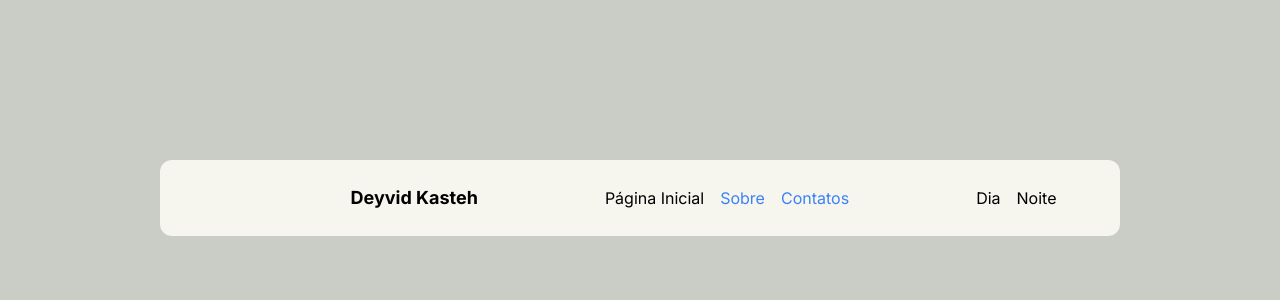
Repository: Deyvid-Kasteh/kasteh_portfolio
Page: /
These files come from the project's save history. The page is drawn as it stood at one moment and after a run of saves; the edit follows.
The browser window is 1280 px wide. The pictures show the whole page.
The project was rebuilt for these pictures with package versions that can differ from the ones it lists, and the page was loaded fresh each time. The framework's server and built-in components were replaced by stand-ins that run in the browser. Also part of the build but not shown: next.config.mjs.

Above is the page before, as saved 2024-03-24 02:53:08.

After the next 2 saves:
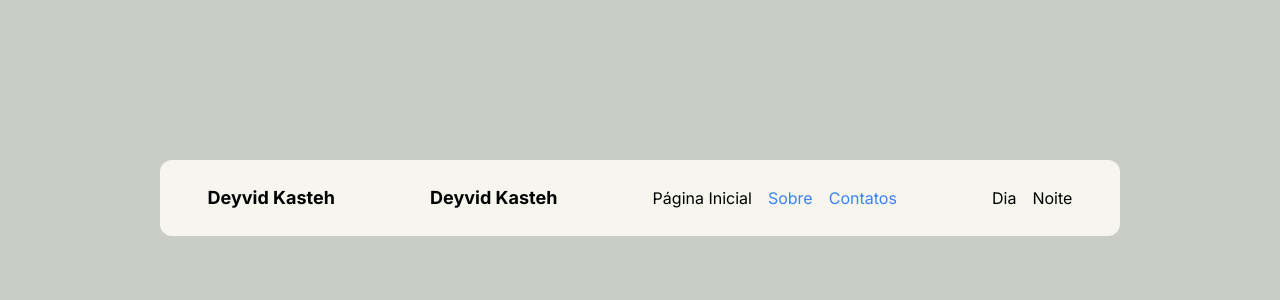
The 2 saves are shown as one change because they came seconds apart.
The last was saved 9 s later.
--- a/src/app/components/header.tsx
+++ b/src/app/components/header.tsx
@@ -2,8 +2,10 @@ import React from "react";
 
 const Header: React.FC = () => {
   return (
-      <header className="bg-customGrayComponents flex justify-around items-center py-6 rounded-xl">
-          <div></div>
+    <header className="bg-customGrayComponents flex justify-around items-center py-6 rounded-xl">
+      <div>
+        <h1 className="text-lg font-bold">Deyvid Kasteh</h1>
+      </div>
       <h1 className="text-lg font-bold">Deyvid Kasteh</h1>
       <nav>
         <ul className="flex space-x-4">
